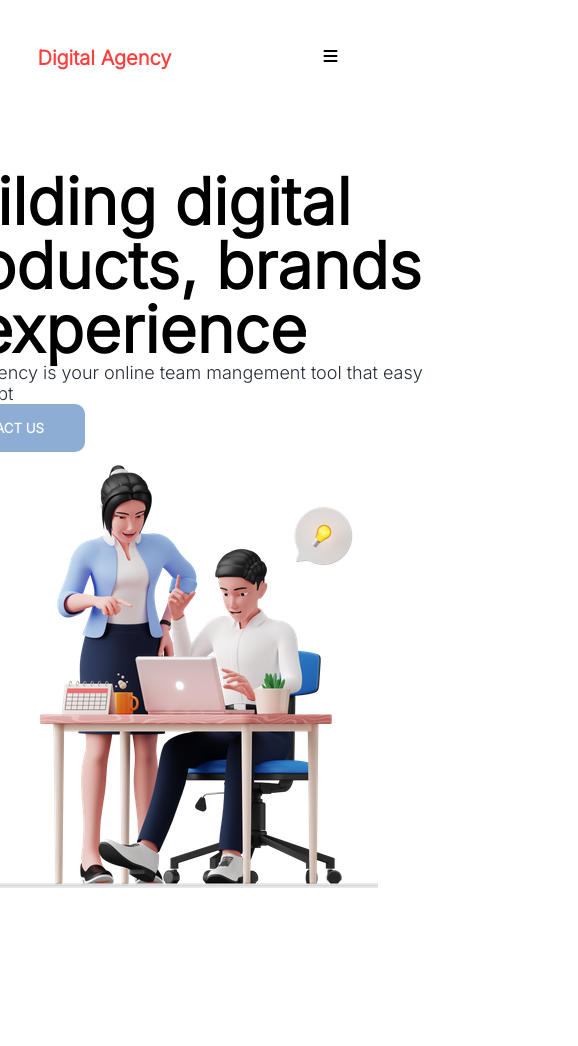
Repository: ThuatDev/fullstack_devc
Page: index.html
The author's editor kept a copy of each file at every save. The page is drawn from the files as they stood at one save, then again after the next save.
The browser window is 375 px wide. The page is 458 px wide, then 578 px, so the pictures cover 578 px, including what lies to the right of the window. The pictures show the whole page.

Above is the page before, as saved 2022-11-09 17:34:57.

### index.html
<!DOCTYPE html>
<html lang="en">
  <head>
    <meta charset="UTF-8" />
    <meta http-equiv="X-UA-Compatible" content="IE=edge" />
    <meta name="viewport" content="width=device-width, initial-scale=1.0" />
    <link
      rel="stylesheet"
      href="https://cdnjs.cloudflare.com/ajax/libs/font-awesome/6.2.0/css/all.min.css"
      integrity="sha512-xh6O/CkQoPOWDdYTDqeRdPCVd1SpvCA9XXcUnZS2FmJNp1coAFzvtCN9BmamE+4aHK8yyUHUSCcJHgXloTyT2A=="
      crossorigin="anonymous"
      referrerpolicy="no-referrer"
    />
    <link rel="stylesheet" href="reposive.css" />
    <link rel="stylesheet" href="index.css" />
    <title>Digital Agency</title>
  </head>
  <body>
    <div class="container">
      <div class="navbar">
        <div class="navbar__left">
          <p class="navbar__left-logo">Digital Agency</p>
        </div>
        <div class="navbar__right">
          <ul class="navbar__right-list">
            <li><a href="#">Home</a></li>
            <li><a href="#">About</a></li>
            <li><a href="#">Testimonial</a></li>
            <li><a href="#">Contact</a></li>
            <li class="icon__menu"><i class="fa-solid fa-bars"></i></li>
          </ul>
        </div>
      </div>

      <!-- HERO SECTION  -->
      <div class="h-section">
        <div class="h-section__left">
          <h2>Building digital products, brands & experience</h2>
          <p>
            Digital Agency is your online team mangement tool that easy and
            prompt
          </p>
          <button>Contact Us</button>
        </div>
        <div class="h-section__right">
          <img
            src="./img/business-people-discussing-business-idea.png"
            alt=""
          />
        </div>
      </div>
    </div>
  </body>
</html>

### reposive.css
@media screen and (max-width: 600px) {
  .navbar .navbar__right .navbar__right-list li {
    display: none;
  }
  .navbar .navbar__right .navbar__right-list li.icon__menu {
    display: block;
  }
  /* .navbar .navbar__right.navbar__right-list li:nth-child(1) {
    display: none;
  }
  .navbar .navbar__right.navbar__right-list li:nth-child(2) {
    display: none;
  }
  .navbar .navbar__right.navbar__right-list li:nth-child(3) {
    display: none;
  }
  .navbar .navbar__right.navbar__right-list li:nth-child(4) {
    display: none;
  }
  .navbar .navbar__right.navbar__right-list li:nth-child(5) {
    display: block;
  }*/

  .h-section {
    flex-direction: column;
    justify-content: center;
    align-items: center;
  }
}

### index.css
@import url("https://fonts.googleapis.com/css2?family=Inter:wght@200;300&display=swap");
* {
  padding: 0;
  margin: 0;
  box-sizing: border-box;
  font-family: "Inter", sans-serif;
}
.container {
  width: 80%;
  height: 1000px;

  margin: 0 auto;
}

/* nav bar*/
.navbar {
  display: flex;
  justify-content: space-between;
  margin-top: 46px;
}
.navbar .navbar__left .navbar__left-logo {
  font-size: 20px;
  font-weight: 700;
  color: rgb(255, 61, 61);
  line-height: 24px;
}
.navbar .navbar__right .navbar__right-list {
  display: flex;
}
.navbar .navbar__right .navbar__right-list li {
  list-style: none;
  margin-left: 50px;
}
.navbar .navbar__right .navbar__right-list > .icon__menu {
  display: none;
}
.navbar .navbar__right .navbar__right-list li a {
  text-decoration: none;
  /* color: rgb(255, 72, 72); */
  /* padding: 10px 20px; */
  /* display: block;
   */
  font-weight: 600;
  font-size: 18px;
  color: #272d38;
}
/* Hero section */
.h-section {
  display: flex;
  justify-content: space-between;
  margin-top: 100px;
}
.h-section .h-section__left {
  display: flex;
  flex-direction: column;
  justify-content: space-evenly;
}
.h-section .h-section__left h2 {
  font-weight: 700;
  font-size: 64px;
  width: 540px;
  height: auto;
  line-height: 100%;
}
.h-section .h-section__left p {
  font-weight: 400;
  font-size: 18px;
  width: 520px;
  height: auto;
  color: #272d38;
}
.h-section .h-section__left button {
  width: 167px;
  height: 48px;
  border-radius: 10px;
  border: none;
  background-color: #8eadd5;
  text-transform: uppercase;
  font-weight: 700;
  color: #fff;
}
.h-section.h-section__right img {
  width: 100%;
}

After the next save:
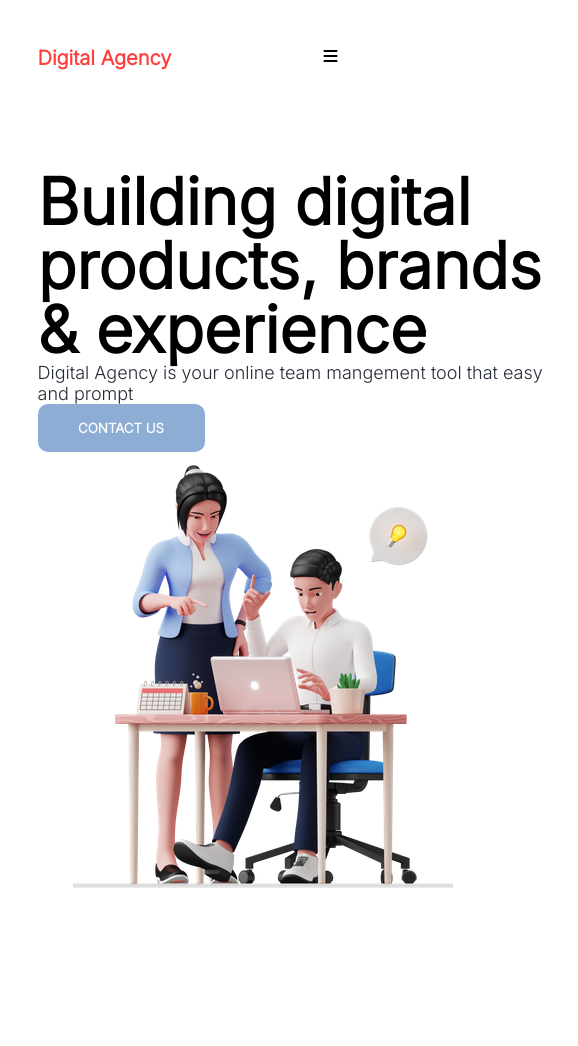
Saved 74 s later.
--- a/reposive.css
+++ b/reposive.css
@@ -23,7 +23,10 @@
 
   .h-section {
     flex-direction: column;
-    justify-content: center;
-    align-items: center;
+    /* justify-content: center;
+    align-items: center; */
+  }
+  .h-section .h-section__left {
+    justify-content: space-around;
   }
 }
